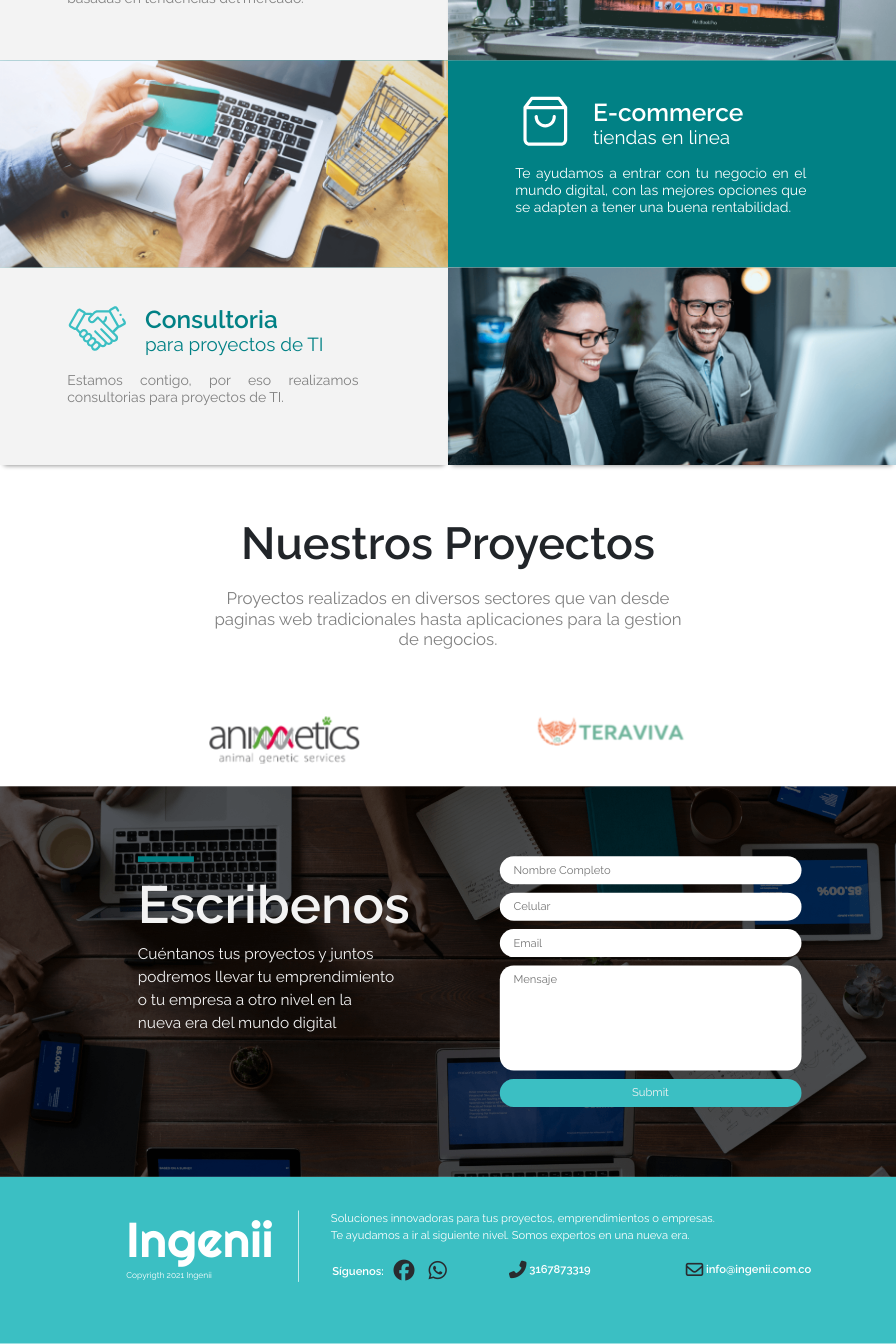
Repository: mariomr87/testwebpage
Page: index.html
The author's editor kept a copy of each file at every save. The page is drawn from the files as they stood at one save, then again after the next save.
The browser window is 1280 px wide. The pictures show the part of the page from y = 1515 to 3435 px (the page is 3435 px tall), at 70% of full size.
Some web libraries are served in a nearby version.

Above is the page before, as saved 2021-10-02 10:06:21.

### index.html
<!DOCTYPE html>
<html>
<head>
	<meta charset="utf-8">
	<title>Ingenii - Nueva era</title>
	<link href="style.css" rel="stylesheet">
	<!-- CSS only -->
	<link href="https://cdn.jsdelivr.net/npm/bootstrap@5.0.2/dist/css/bootstrap.min.css" rel="stylesheet" integrity="sha384-EVSTQN3/azprG1Anm3QDgpJLIm9Nao0Yz1ztcQTwFspd3yD65VohhpuuCOmLASjC" crossorigin="anonymous">
	<link rel="preconnect" href="https://fonts.googleapis.com">
	<link rel="preconnect" href="https://fonts.gstatic.com" crossorigin>
	<link href="https://fonts.googleapis.com/css2?family=Raleway:ital,wght@0,200;0,400;0,600;1,900&display=swap" rel="stylesheet">
	<script src="https://kit.fontawesome.com/ffd6f804ac.js" crossorigin="anonymous"></script>

	<!--Carrusel-->
	<link href="https://cdn.jsdelivr.net/npm/bootstrap@5.0.2/dist/css/bootstrap.min.css" rel="stylesheet" integrity="sha384-EVSTQN3/azprG1Anm3QDgpJLIm9Nao0Yz1ztcQTwFspd3yD65VohhpuuCOmLASjC" crossorigin="anonymous">
	<link rel="stylesheet" type="text/css" href="carousel.css" rel="stylesheet" type="text/css" >
	<script src="https://ajax.googleapis.com/ajax/libs/jquery/1.12.4/jquery.min.js" type="text/javascript" ></script>
	<script src="slick.js" type="text/javascript" charset="utf-8"></script>


</head>
	<body>

		<!-- Menu -->
		<div class="container-fluid flotante">

		</div>
		<!-- Slider -->
		<div class="container-fluid slider text-centro text-center">
			<div class="row">
				<div>
					<h3 class="logo title-slider">Ingenii</h3>
					<h3 class="blanco slider-text">Expertos en la nueva era</h3>
					<h3 id="app-web">Aplicaciones web_</h3><br>
					<img id="flecha-down" src="./imagenes/principal/flecha.svg">
				</div>
			</div>

		</div>
		<!-- Quienes somos y servicios -->
		<div class="container-fluid">
			<!-- Iconos de servicios -->
			<div class="cuadros-servi row align-items-center ">

				<div class="azul-claro-bg cuadro col ">
					<img src="./imagenes/principal/app.svg" class="icon-serv">
					<h5><span class="negrilla "><strong>Aplicaciones</strong> </span><br>web a la medida</h5>
				</div>
				<div class="azul-claro-bg cuadro col">
					<img src="./imagenes/principal/desarrollo.svg" class="icon-serv"><h5><span class="negrilla ">Desarrollo</span><br>de Páginas web</h5>
				</div>
				<div class="azul-claro-bg cuadro col">
					<img src="./imagenes/principal/tienda.svg" class="icon-serv">
					<h5><span class="negrilla ">E-commerce</span><br> tiendas en linea</h5>
				</div>
				<div class="azul-claro-bg cuadro col">
					<img src="./imagenes/principal/consultoria.svg" class="icon-serv"><h5><span class="negrilla ">Consultoría</span><br>para proyectos TI</h5>
				</div>

			</div>

			<!-- Texto quienes somos -->
			<div class="row just-somos">
				<div class="col-md-6 centrar-somos">
					<p class="line-blue"> </p>
					<h1 class="text-quienes">Quiénes</h1><h2 class="text-somos">Somos</h2>
				</div>
				<div class="col-md-6">
					<p class="texto-qs"><span class="negrilla">Ingenii</span> es un emprendimiento que nace para ayudar a miles emprendedores a <span class="negrilla">migrar al mundo digital,</span> en un momento en el cual el
					comercio electrónico ha tomado una importancia estratégica para que muchas ideas de negocios tengan éxito, además de asesorar a
					nuestros clientes para que lleven su emprendimiento o empresa al siguiente nivel.
					<br><br>Hacemos nuestro trabajo con seriedad, honestidad y profesionalismo, estamos 100% comprometidos con nuestros clientes.</p>
				</div>
			</div>
		</div>
		<!-- Servicios -->
		<div class="container-fluid">
			<div class="row row-cols-2 servi-col">
				<!--Aplicaciones -->
				<div class="col azul-claro-bg sombra">
					<img class="servicios-img" src="imagenes/servicios/Aplicaciones.png">
				</div>
				<div class="col azul-claro-bg text-app sombra">
						<div class="centra-app">
							<div class="interlineas">
								<img src="./imagenes/servicios/web-a-medida.svg" class="icon-serv">
								<span class="text-app-p"><span class="text-app-icon">Aplicaciones</span><p class="text-app-icon2">Web a la medida</p></span>
							</div>
							<div class="interlineas">
								<p class="text-app-des">Desarrollamos aplicaciones web que se ajusten a las necesidades de tu emprendimiento, empresa o proyecto.</p>
							</div>
						</div>
				</div>
				<!--Desarrollo -->
				<div class="col blanco-bg sombra">
					<div class="text-app ">
						<div class="centra-app">
							<div class="interlineas">
								<img src="./imagenes/servicios/desarrollo-web.svg" class="icon-serv">
								<span class="azul text-app-p"><span class="text-app-icon">Desarrollo</span><p class="text-app-icon2">de paginas web</p></span>
							</div>
							<div class="interlineas" >
								<p class="gris2 text-app-des">Desarrollamos paginas web innovadoras, basadas en tendencias del mercado.</p>
							</div>
						</div>
					</div>
				</div>
				<div class="col blanco-bg sombra">
					<img class="servicios-img" src="imagenes/servicios/desarrolloweb.png">
				</div>
				<!--E-commerce-->
				<div class="col azul-bg sombra">
					<img class="servicios-img" src="imagenes/servicios/ecommerce.png">
				</div>
				<div class="col azul-bg sombra">
					<div class="text-app">
						<div class="centra-app">
							<div class="interlineas">
								<img src="./imagenes/servicios/ecommerce.svg" class="icon-serv">
								<span class="text-app-p"><span class="text-app-icon">E-commerce</span><p class="text-app-icon2">tiendas en linea</p> </span>
							</div>
							<div class="interlineas">
								<p class="text-app-des">Te ayudamos a entrar con tu negocio en el mundo digital, con las mejores opciones que se adapten a tener una buena rentabilidad.</p>
							</div>
						</div>
					</div>
				</div>
				<!--Consultoria -->
				<div class="col blanco-bg sombra">
					<div class="azul text-app">
					<div class="centra-app">
							<div class="interlineas">
								<img src="./imagenes/servicios/consultoria-TI.svg" class="icon-serv">
								<span class="text-app-p"><span class="text-app-icon">Consultoria</span> <p class="text-app-icon2"> para proyectos de TI</p></span>
							</div>
							<div class="interlineas">
								<p class="gris2 text-app-des">Estamos contigo, por eso realizamos consultorias para proyectos de TI.</p>
							</div>
					</div>
					</div>
				</div>
    			<div class="col blanco-bg sombra">
					<img class="servicios-img" src="imagenes/servicios/consultoria.png">
				</div>
			</div>
		</div>


		<!-- Nuestros Proyectos -->
		<div class="container-fluid">
			<div class="row">
				<div class="col-md-12 text-center">
					<p class="proyectos">Nuestros Proyectos</p>
					<p class="proyectos-txt">Proyectos realizados en diversos sectores que van desde paginas web tradicionales hasta aplicaciones para la gestion de negocios.</p>
				</div>
				<div class="col-md-12 container">
					<section class="customer-logos slider2">
						<div class="slide"><img src="images/image3.png"></div>
						<div class="slide"><img src="images/image4.png"></div>
						<div class="slide"><img src="images/image3.png"></div>
						<div class="slide"><img src="images/image4.png"></div>
					</section>
				</div>
			</div>
		</div>

		<!-- Contacto -->
		<div class="container-fluid contacto-container">
			<div class="row">
				<div class="col-md-6">
					<div class="contacto-column-1">
						<p class="line-blue"> </p>
						<h2 class="contacto-title blanco">Escribenos</h2>
						<p class="contacto-desc blanco">Cuéntanos tus proyectos y juntos podremos llevar tu emprendimiento o tu empresa a otro nivel en la nueva era del mundo digital</p>
					</div>
					</div>
				<div class="col-md-6">
					<form class="contacto-form">
						<input type="text" class="contacto-input" placeholder="Nombre Completo" name="nombre">
						<input type="text" class="contacto-input" placeholder="Celular" name="celular">
						<input type="email" class="contacto-input" placeholder="Email" name="email">
						<textarea name="mensaje" class="contacto-textarea" placeholder="Mensaje"></textarea>
						<input type="submit" class="contacto-input azul-claro-bg" name="Enviar">
					</form>
				</div>
			</div>
		</div>
		<!-- Footer -->
		<div class="container-fluid azul-claro-bg p-5">
			<div class="row pb-4">
				<div class="col-md-4">
					<div class="footer-container">
						<h2 class="logo title-footer">Ingenii</h2>
						<p class="subtitle-footer">Copyrigth 2021 Ingenii</p>
					</div>
				</div>
				<div class="col-md-8">
					<div class="social-container">
						<p class="" style="padding: 0px 22px;">Soluciones innovadoras para tus proyectos, emprendimientos o empresas.<br>Te ayudamos a ir al siguiente nivel. Somos expertos en una nueva era.</p>
						<div class="container">
							<div class="row">
								<div class="col-md-4">
									<span class="social-icon-text" style="vertical-align: middle;">Síguenos: </span><a href="www.facebook.com" class="link-icon-footer gris"><i class="fab fa-facebook"></i></a><a href="https://api.whatsapp.com/send?phone=573167873319&text=Hola!%20Quiero%20una%20p%C3%A1gina%20web." class="link-icon-footer gris"><i class="fab fa-whatsapp"></i></a>
								</div>
								<div class="col-md-4 mt-2">
									<i style="vertical-align: middle;" class="fas fa-phone-alt gris icon-footer"></i><span class="social-icon-text"> 3167873319</span>
								</div>
								<div class="col-md-4 mt-2">
									<i style="vertical-align: middle;" class="far fa-envelope gris icon-footer"></i><span class="social-icon-text"> info@ingenii.com.co</span>
								</div>
							</div>
						</div>
					</div>
				</div>
			</div>
		</div>

		<script type="text/javascript">
			$(document).ready(function(){
				$('.customer-logos').slick({
					slidesToShow: 2,
					slidesToScroll: 1,
					autoplay: true,
					autoplaySpeed: 700,
					arrows: false,
					dots: false,
						pauseOnHover: false,
						responsive: [{
						breakpoint: 500,
						settings: {
							slidesToShow: 4
						}
					}, {
						breakpoint: 520,
						settings: {
							slidesToShow: 3
						}
					}]
				});
			});
		</script>

	</body>
</html>

### style.css
/*
autor: Estiven Oviedo Gonzalez;
fecha: 2021-07-18;
*/

@font-face {
    font-family: 'Righteous';
    src: url('font/Righteous-Regular.ttf');
}


body{
	font-family: 'Raleway', sans-serif !important;
}

.logo{
	font-family: 'Righteous', cursive;
	color: #fff;
}

.azul{
	color: #018185;
}

.gris{
	color: #292b2f;
}

.verde{
	color: #40af93;
}

.azul-claro{
	color: #3bbfc3;
}

.blanco{
	color: #f3f3f3;
}

.azul-bg{
	background-color: #018185;
	color: #fff;
}

.gris-bg{
	background-color: #292b2f;
}

.verde-bg{
	background-color: #40af93;
}

.azul-claro-bg{
	background-color: #3bbfc3;
	color: #f3f3f3;
}

.blanco-bg{
	background-color: #f3f3f3;
}


.sombra{
	box-shadow: 0px 7px 7px -6px gray;
}

/* servicios */
.servicios-img{
	width: 100%;
}

.title-footer{
	font-size: 70px;
	margin: 0;
}

.subtitle-footer{
	color: #fff;
	font-size: 12px;
}

.footer-container{
	margin-left: 35%;
	border-right: 1px solid #fff;
}

.social-container{
	color: #fff;
}

.link-icon-footer{
	font-size: 30px;
	padding: 0px 10px;
	vertical-align: middle;
}

.icon-footer{
	font-size: 25px;
}

.social-icon-text{
	font-weight: 600;
}

.contacto-container{
	background-image: url('imagenes/formulario/fondo-formulario.png');
	background-size: cover;
}

.contacto-form{
	margin: 100px 20% 100px 10%;
}

.contacto-input{
	display: block;
    padding: 8px 20px;
    border-radius: 40px;
    border: none;
    margin-bottom: 12px;
    width: 100%;
}

.contacto-textarea{
	display: block;
    padding: 8px 20px;
    border-radius: 20px;
    border: none;
    margin-bottom: 12px;
    resize: none;
    width: 100%;
    height: 150px;
}

.contacto-column-1{
	margin: 100px 10% 100px 30%;
}

.contacto-title{
	font-size: 75px;
	font-weight: 900;
}

.contacto-desc{
	font-size: 22px;
}

.slider{
	background-image: url('imagenes/principal/banner.png');
	background-size: cover;
}

.title-slider{
	font-size: 110px;
	margin: 0;
}

.slider-text{
	font-size: 40px ;
	font-weight: bold;
}

#app-web{
	display: inline;
	background-color: #f6f6f6;
	color: #018185;
	padding: 0px 20px;
}

.text-quienes{
	font-weight:bold;
	font-size:100px;
}

.text-somos{
	font-size:80px;
	line-height: 10px;
}

.line-blue{
	background-color: #018185;
	height: 8px;
	width: 80px;
}

.texto-qs{
	text-align: justify;
	font-size: 18px;
	color: gray;

}

.negrilla{
	font-weight: bold;
}

.cuadro span {
	font-size: 1.2em;
}

.just-somos{
	padding-left: 100px;
	padding-right: 100px;
	padding-top: 50px;
	padding-bottom: 50px;
	line-height: initial;
}

.centrar-somos{
	align-content: center;
	justify-content: center;
	display: grid;
}


.text-app{
	position: relative;
	padding-top: 2%;

}

.centra-app{
	margin: 5% 20% 0 15%;
	text-align: justify;
}

.text-app-p{
	padding-left: 25px;

}

.text-app-icon{
	font-size: 35px;
	font-weight: 900;

}

.text-app-icon2{
	font-size: 27px;
}

.text-app-des{
	font-size: 20px;
	color: white;
}

.gris2{
	color: gray ;
}

.cuadro{
	margin: auto 1%;
	padding: 33px;
	box-shadow: -1px 5px 6px #889788;
}

.cuadros-servi{
	text-align: center;
	padding: 0% 8%;
	position: relative;
    bottom: 60px;

}
.interlineas{
	line-height:normal;
	display: flex;
	justify-content: flex-start;
    align-items: center;
	letter-spacing: normal;
}

.icon-serv{
	width: 86px;
	margin-bottom: 20px;
}
}

.cuadro img{
	padding-bottom: 15px;
}

.text-centro{
	padding: 8% 0%;

}

#flecha-down{
	padding-top: 2%;
	width: 3%;
}

.flotante{
	position: relative;
}

.servi-col div{
	padding-left: 0;
	padding-right: 0;
}

.proyectos{
	font-weight: 900;
	font-size: 4em;
	padding-top: 1em;
}

.proyectos-txt{
	color: gray;
	font-size: 1.5em;
	padding: 0 12em 2em 12em ;
	line-height: normal;
}

### carousel.css
/* Slider */
.slick-slide {
    margin: 0px 20px;
}

.slick-slide img {
    width: 100%;
}

.slick-slider
{
    position: relative;
    display: block;
    box-sizing: border-box;
    -webkit-user-select: none;
    -moz-user-select: none;
    -ms-user-select: none;
            user-select: none;
    -webkit-touch-callout: none;
    -khtml-user-select: none;
    -ms-touch-action: pan-y;
        touch-action: pan-y;
    -webkit-tap-highlight-color: transparent;
}

.slick-list
{
    position: relative;
    display: block;
    overflow: hidden;
    margin: 0;
    padding: 0;
}
.slick-list:focus
{
    outline: none;
}
.slick-list.dragging
{
    cursor: pointer;
    cursor: hand;
}

.slick-slider .slick-track,
.slick-slider .slick-list
{
    -webkit-transform: translate3d(0, 0, 0);
       -moz-transform: translate3d(0, 0, 0);
        -ms-transform: translate3d(0, 0, 0);
         -o-transform: translate3d(0, 0, 0);
            transform: translate3d(0, 0, 0);
}

.slick-track
{
    position: relative;
    top: 0;
    left: 0;
    display: block;
}
.slick-track:before,
.slick-track:after
{
    display: table;
    content: '';
}
.slick-track:after
{
    clear: both;
}
.slick-loading .slick-track
{
    visibility: hidden;
}

.slick-slide
{
    display: none;
    float: left;
    height: 100%;
    min-height: 1px;
}
[dir='rtl'] .slick-slide
{
    float: right;
}
.slick-slide img
{
    display: block;
}
.slick-slide.slick-loading img
{
    display: none;
}
.slick-slide.dragging img
{
    pointer-events: none;
}
.slick-initialized .slick-slide
{
    display: block;
}
.slick-loading .slick-slide
{
    visibility: hidden;
}
.slick-vertical .slick-slide
{
    display: block;
    height: auto;
    border: 1px solid transparent;
}
.slick-arrow.slick-hidden {
    display: none;
}

.slider2 {
    padding: 2em 10em;
}

.slider2 div img{
    width: 50%;
    /* background-color: gray; */
    border-inline: 1px;
    display: block;
    margin: auto;

}

/* .slide{
 border-style: solid;
 color: red;

} */

Loaded but not shown: slick.js (library)

After the next save:
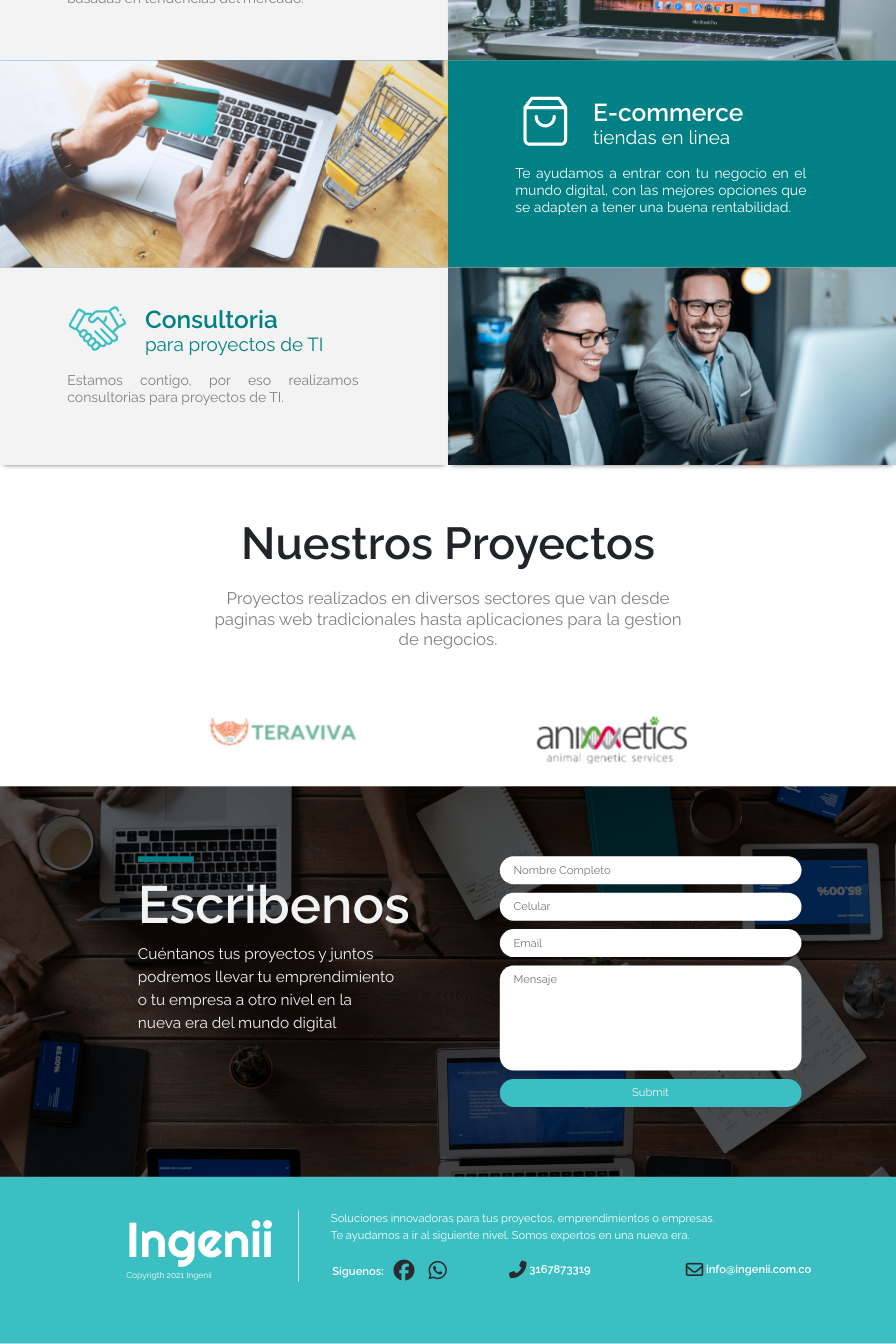
Saved 10 s later.
--- a/index.html
+++ b/index.html
@@ -221,7 +221,7 @@
 					slidesToShow: 2,
 					slidesToScroll: 1,
 					autoplay: true,
-					autoplaySpeed: 700,
+					autoplaySpeed: 500,
 					arrows: false,
 					dots: false,
 						pauseOnHover: false,
